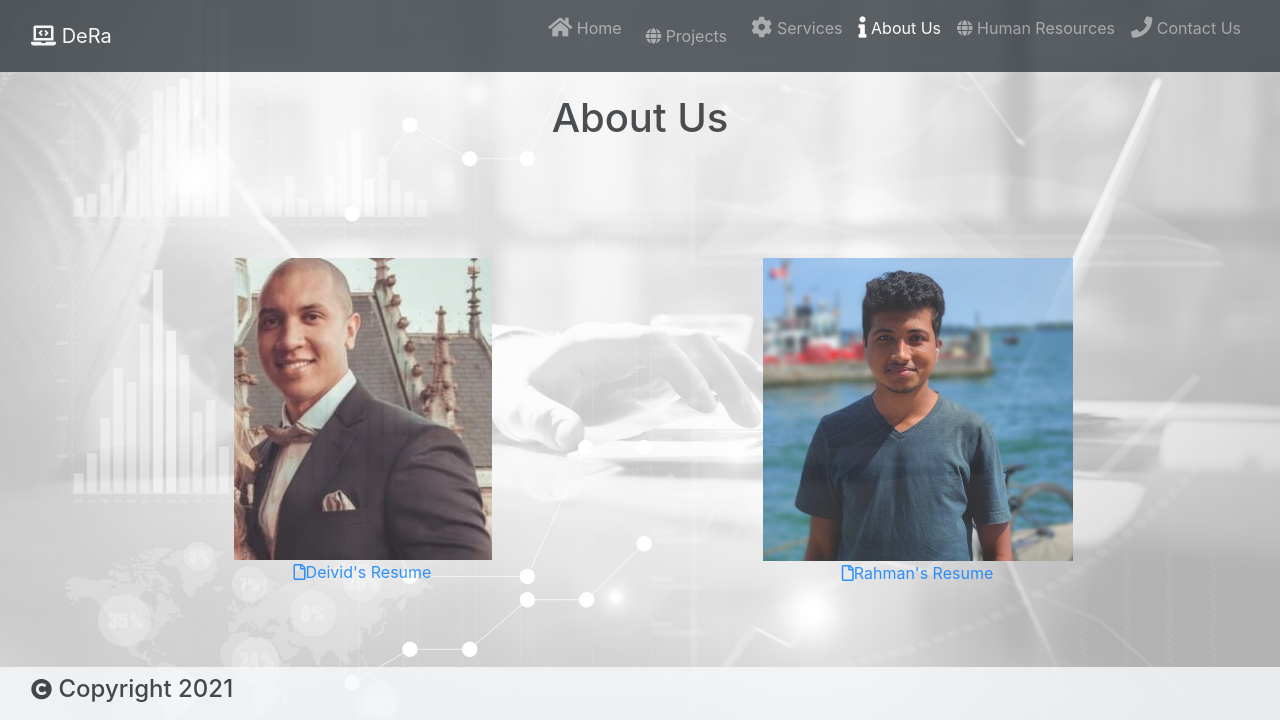
Repository: deividwsantoss/web6201-Lab1
Page: about.html
These files come from the project's save history. The page is drawn as it stood at one moment and after the next save; the edit follows.
The browser window is 1280 px wide. The pictures show the whole page.

Above is the page before, as saved 2021-02-04 15:49:22.
Console error: TypeError: Cannot set properties of null (setting 'innerHTML')

### about.html
<!DOCTYPE html>
<html lang="en">
<head>
    <meta charset="UTF-8">
    <meta name="viewport" content="width=device-width, initial-scale=1.0">
    <title>About</title>
</head>
<!-- CSS SECTION-->
<link rel="stylesheet" href="./node_modules/bootstrap/dist/css/bootstrap.min.css">
<link rel="stylesheet" href="./node_modules/@fortawesome/fontawesome-free/css/all.min.css">
<link rel="stylesheet" href="./Content/app.css">

<body class="aboutus">
    <!-- Main Header-->
    <header>
        <nav class="navbar navbar-expand-lg navbar-dark bg-dark">
            <div class="container-fluid">
              <a class="navbar-brand" href="Index.html"><i class="fas fa-laptop-code"></i> DeRa</a>
              <button class="navbar-toggler" type="button" data-bs-toggle="collapse" data-bs-target="#navbarSupportedContent" aria-controls="navbarSupportedContent" aria-expanded="false" aria-label="Toggle navigation">
                <span class="navbar-toggler-icon"></span>
              </button>
              <div class="collapse navbar-collapse" id="navbarSupportedContent">
                <ul id="mainUl" class="navbar-nav ml-auto mb-2 mb-lg-0">
                  <li class="nav-item">
                    <a class="nav-link " aria-current="page" href="Index.html"><i class="fas fa-home fa-lg"></i> Home</a>
                  </li>
                  <li class="nav-item">
                    <a id="prod" class="nav-link" aria-current="page" href="products.html"><i class="fas fa-globe fa-lg"></i> Products</a>
                  </li>
                  <li class="nav-item">
                    <a class="nav-link" aria-current="page" href="services.html"><i class="fas fa-cog fa-lg"></i> Services</a>
                  </li>
                  <li class="nav-item">
                    <a class="nav-link active" aria-current="page" href="about.html"><i class="fas fa-info fa-lg"></i> About Us</a>
                  </li>
                  <li class="nav-item">
                    <a class="nav-link" aria-current="page" href="contact.html"><i class="fas fa-phone fa-lg"></i> Contact Us</a>
                  </li>

                </ul>

              </div>
            </div>
          </nav>

    </header>


    <!-- Main Content-->
        <main class="container text-center">
            <h1 class="text-center">About Us</h1>
            <div id="aboutmain" class="container">
              <div class="row">
                <div class="col">
                  <p id="NameOne"></p>
                  <img src="./Content/deivid.JPG" alt="deivid" srcset=""> <br>
                  <a href="./Content/DeividSantos_Resume.pdf"><i class="far fa-file"></i>Deivid's Resume</a>
                </div>
                <div class="col">
                  <p id="nameTwo"> </p>
                  <img id="pic" src="./Content/rahman.jpg" alt="rahmanPicture" srcset=""> <br>
                  <a href="./Content/Rahman.pdf"><i class="far fa-file"></i>Rahman's Resume</a>
                </div>
              </div>
        </main>
        <!-- Main Footer-->
        <footer>
          <nav class="navbar fixed-bottom navbar-light bg-light">
              <div class="container-fluid">
                  <h4><i class="fas fa-copyright fa-lg"></i> Copyright 2021 </h4>
              </div>
            </nav>

      </footer>
    <!--- Script Section-->
    <script src="./node_modules/jquery/dist/jquery.min.js"></script>
    <script src="./node_modules/bootstrap/dist/js/bootstrap.bundle.min.js"></script>
    <script src="./Scripts/app.js"></script>
</body>

</html>

### Content/app.css
/* app.js

Author: Deivid Santos   ID: 100731640
Author: S m hasibur Rahman  ID:

Date Completed: 02.04.2021
*/

html{
    height: 100%;
}
body{
    height: 100%;


}
.bg{
    background-image: url("Background-White.jpg");
    background-repeat: no-repeat;
    background-size: cover;
    background-position: center;
    opacity: 0.8;
    height: 100%;
}

.contactimage{
    background-image:url("contactimg.jpg");
    background-repeat: no-repeat;
    background-size: cover;
    background-position: center;
    opacity: 0.8;
}
.productsbg {
    background-image:url("productsbg.jpg");
    background-repeat: no-repeat;
    background-size: cover;
    background-position: center;
    opacity: 0.8;
    height: 778px;
}

.servicesbackgroud{
    height: 1200px;
    background-image:url("services.jpg");
    background-repeat: repeat;
    background-size: cover;
    background-position: center;
    opacity: 0.8;


}
.aboutus{
    background-image:url("bgimage.jpg");
    background-repeat: no-repeat;
    background-size: cover;
    background-position: center;
    opacity: 0.8;
}
#hrbg{
    background-image:url("hr.jpg");
    background-repeat: no-repeat;
    background-size: cover;
    background-position: center;
    opacity: 0.8;
}

#paragraphOne {
    color: black;
    font-size: 220%;
    margin-top: 25%;
    text-shadow: 2px 2px 4px #000;
    font-family: cursive;
    font-weight: bold;

}
h1{
    margin-top: 2%;
}

#custompg{
    width: 400px;

}

#projectsImg{
    width: 150px;
    margin-top: 10%;
}

#pic{
    width:310px; /* you can use % */
    height: auto;
}
/* */
#formId {
    margin-top: 5%;
}

#aboutmain{
    margin-top: 100px;
}
#dlParagraph{
    margin-top: 10%;
    margin-top: 20%;
    font-size: large;
    font-weight: bold;
}
#scotiaParagraph{
    margin-top: 15%;
    font-size: large;
    font-weight: bold;
}
#canadianParagraph{

}

#mainInformation{
    margin-top: 5%;
    margin-right: 0%;
    margin-left: 0%;
}
#mobileInfo{
    margin-top: 10%;
}

#canadianParagraph {
    margin-top: 15%;
    font-size: large;
    font-weight: bold;
}

### Scripts/app.js
/* app.js

Author: Deivid Santos   ID: 100731640
Author: S m hasibur Rahman  ID:

Date Completed: 02.04.2021
*/


"use strict";

(function(){

    function addHr(){

        let navIn = document.getElementById("mainUl");

        let liCreate = document.createElement('li');

        liCreate.innerHTML = `<a id="prod" class="nav-link" aria-current="page" href="hr.html"><i class="fas fa-globe" name="prod"></i> Human Resources</a>`;

        navIn.insertBefore(liCreate, navIn.getElementsByTagName("li")[4]);

    }

    function addFooter(){


        const body = document.body;
        let footerNav = document.createElement('footer');

        footerNav.innerHTML = `<nav class="navbar fixed-bottom navbar-light bg-light">
        <div class="container-fluid">
          <h4 ><i class="fas fa-copyright fa-sm"></i> Copyright 2021 </h4>
      </div>
        </nav>`

        body.appendChild(footerNav);

    }

    function Projects(){
        let productsElement = document.getElementById("prod");
        let prod = `<a id="prod" class="nav-link" aria-current="page" href="products.html"><i class="fas fa-globe" name="prod"></i> Projects</a>`;


        productsElement.innerHTML = prod;

        let prodNameElement = document.getElementById("prodName");
        let projectName = `<h1 id="prodName" class="text-center">Our Projects</h1>`

        prodNameElement.innerHTML = projectName;
    }
    function displayHome(){
        let paragraphOneText = "Welcome to DeRa Development Website for WebD6201";
        let paragraphOneElement = document.getElementById("paragraphOne");

        paragraphOneElement.textContent = paragraphOneText;
        paragraphOneElement.className = "fs-6 ";
    }
    function displayAbout(){

    }
    function displayProducts(){

        //deloitte
        let dlText = "DeRa is proud for leading the main developing project for DL."
        let dlElement = document.getElementById("dlParagraph");

        dlElement.textContent = dlText;

        //Scotia
        let scotiaText = "Another Big company we are proud to have worked with"
        let scotiaElement = document.getElementById("scotiaParagraph");

        scotiaElement.textContent = scotiaText;
        // Canadian Tire

        let canadianParagraphText = "In 2020 we had the opportunity to work with one of the biggest companies in Canada! ";
        let canadianElement = document.getElementById("canadianParagraph");

        canadianElement.innerText = canadianParagraphText;

    }
    function displayServices(){

        //intro text
        let servicesIntroText = "DeRa Development can provide you the best customized solution for you";
        let servicesIntroElement = document.getElementById("serviceIntro");
        servicesIntroElement.textContent = servicesIntroText;

        // custom dev text
        let customParagraphText = "DeRa Development have been delivering successful custom programs to our clients since the date we were born. \nSince DeRa was born we have seen a rapid change in website technology which we were always able to adapt";
        let customParagraphElement = document.getElementById("customParagraph");

        customParagraphElement.innerText = customParagraphText;

        //mobile text

        let mobileParagraphText = "We have the knowledge and skills to provide you the best quality solution for any kind of device. \nMobile development is one of our strengths.";
        let mobileParagraphElement = document.getElementById("mobileInfo");

        mobileParagraphElement.innerText = mobileParagraphText;

        //design paragraph
        let webDesignParagraphText = "Our high quality design makes the user interaction a whole new journey";
        let webDesignParagraphElement = document.getElementById("DesParagraph");

        webDesignParagraphElement.innerText = webDesignParagraphText;
    }
    function displayContact(){

        let messageArea = document.getElementById("messageArea");
        messageArea.hidden = true;

        //Form Validation...

        let fullName = document.getElementById("fullName");
        fullName.addEventListener("blur", function(){
            if(fullName.value.length < 2){
                fullName.focus;
                fullName.select();
                messageArea.hidden = false;
                messageArea.className = "alert alert-danger";
                messageArea.textContent = "Please, Enter an appropriate name."
            }
            else{
                messageArea.removeAttribute("Class");
                messageArea.hidden = true;
            }
        });

        //validating number
        let contactNumber = document.getElementById("contactNumber");
        contactNumber.addEventListener("blur", function(){

            if(contactNumber.value.length < 10 || contactNumber.value.length > 10 )
            {
                contactNumber.focus;
                contactNumber.select();
                messageArea.hidden = false;
                messageArea.className = "alert alert-danger";
                messageArea.textContent = "Please, Insert a valid Number";
            }
            else {
                messageArea.removeAttribute("Class");
                messageArea.hidden = true;
            }

        });

        // Validating short text
        let shortMessage = document.getElementById("shortMessage");
        shortMessage.addEventListener("blur", function(){

            if(shortMessage.value.length > 50){
                shortMessage.focus;
                shortMessage.select();
                messageArea.hidden = false;
                messageArea.className = "alert alert-danger";
                messageArea.textContent = "Maximum characters allowed (50)";
            }
            else{
                messageArea.removeAttribute("Class");
                messageArea.hidden = true;
            }
        });

        let sendButton = document.getElementById("sendButton");
        sendButton.addEventListener("click", function(event){
            event.preventDefault();
        });
        document.getElementById("sendButton").onclick = function (){
            location.href = "index.html"
        };

    }


    function Start(){
        console.log("App Start...");

        switch (document.title) {

            case 'Home':
                displayHome();
                break;
            case 'About':
                displayAbout();
                break;
            case 'Products':
                displayProducts();
                break;
            case 'Services':
                displayServices();
                break;
            case 'Contact':
                displayContact();
                break;
            case 'Human Resources':
                displayHR();
                break;

        }


    }

    window.addEventListener("load",addFooter);
    window.addEventListener("load",Projects);
    window.addEventListener("load",Start);
    window.onload = addHr();

})();

Loaded but not shown: node_modules/bootstrap/dist/css/bootstrap.min.css (library); node_modules/@fortawesome/fontawesome-free/css/all.min.css (library); node_modules/jquery/dist/jquery.min.js (library); node_modules/bootstrap/dist/js/bootstrap.bundle.min.js (library)

After the next save:
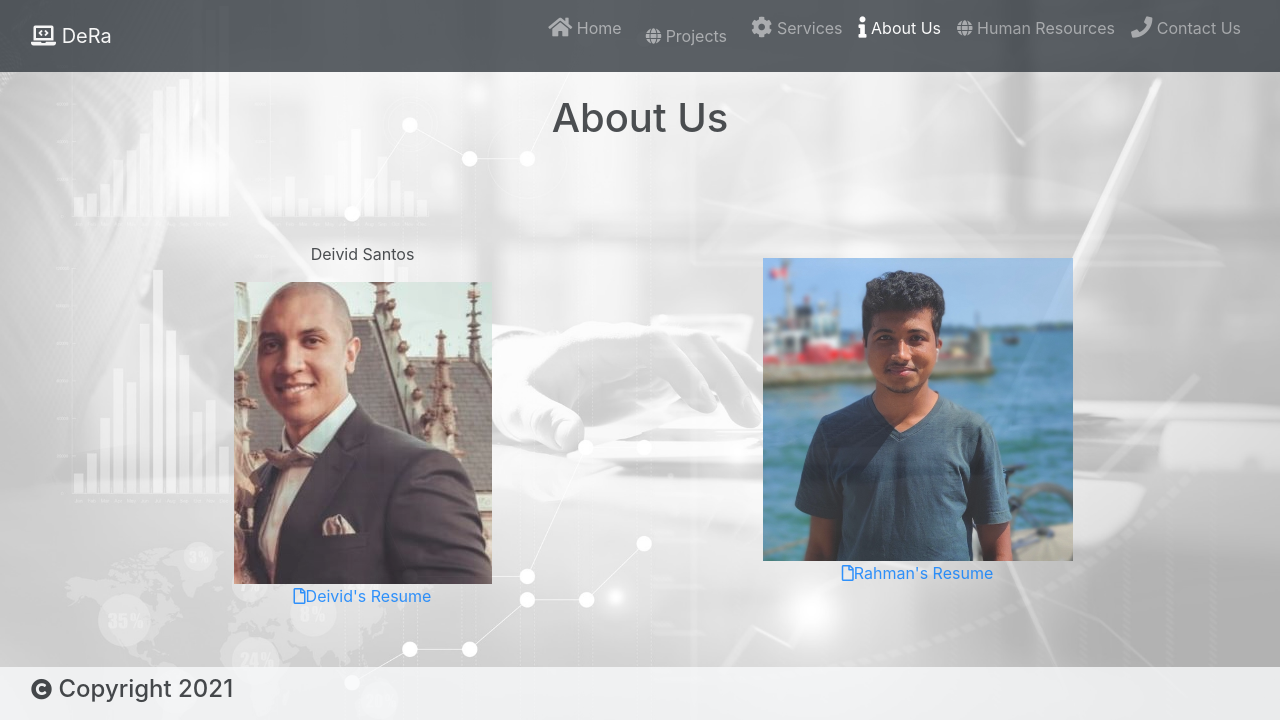
Saved 59 s later.
--- a/Scripts/app.js
+++ b/Scripts/app.js
@@ -59,6 +59,12 @@ Date Completed: 02.04.2021
         paragraphOneElement.className = "fs-6 ";
     }
     function displayAbout(){
+
+        let NameOneText = "Deivid Santos";
+        let NameOneElemenet = document.getElementById("NameOne");
+
+        NameOneElemenet.innerText = NameOneText;
+
 
     }
     function displayProducts(){

After the save that followed:
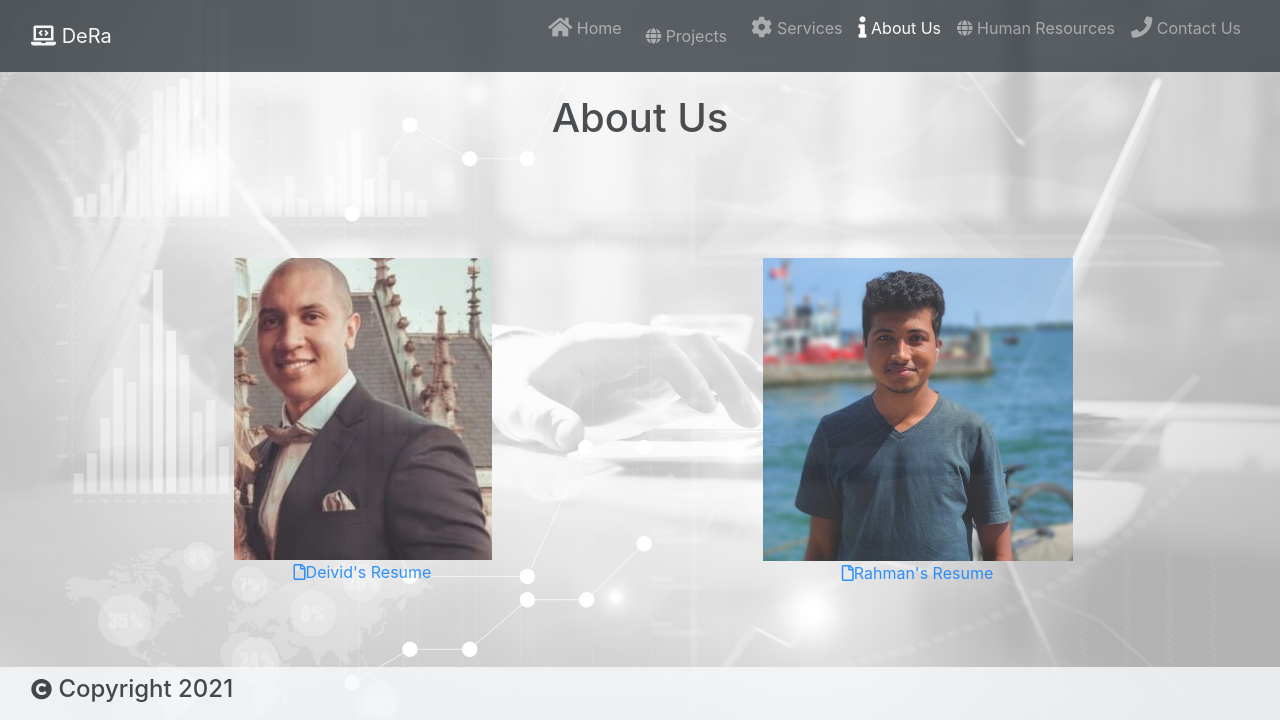
Saved 2 min 18 s later.
--- a/about.html
+++ b/about.html
@@ -52,7 +52,7 @@
             <div id="aboutmain" class="container">
               <div class="row">
                 <div class="col">
-                  <p id="NameOne"></p>
+                  <p id="nameOne"></p>
                   <img src="./Content/deivid.JPG" alt="deivid" srcset=""> <br>
                   <a href="./Content/DeividSantos_Resume.pdf"><i class="far fa-file"></i>Deivid's Resume</a>
                 </div>
